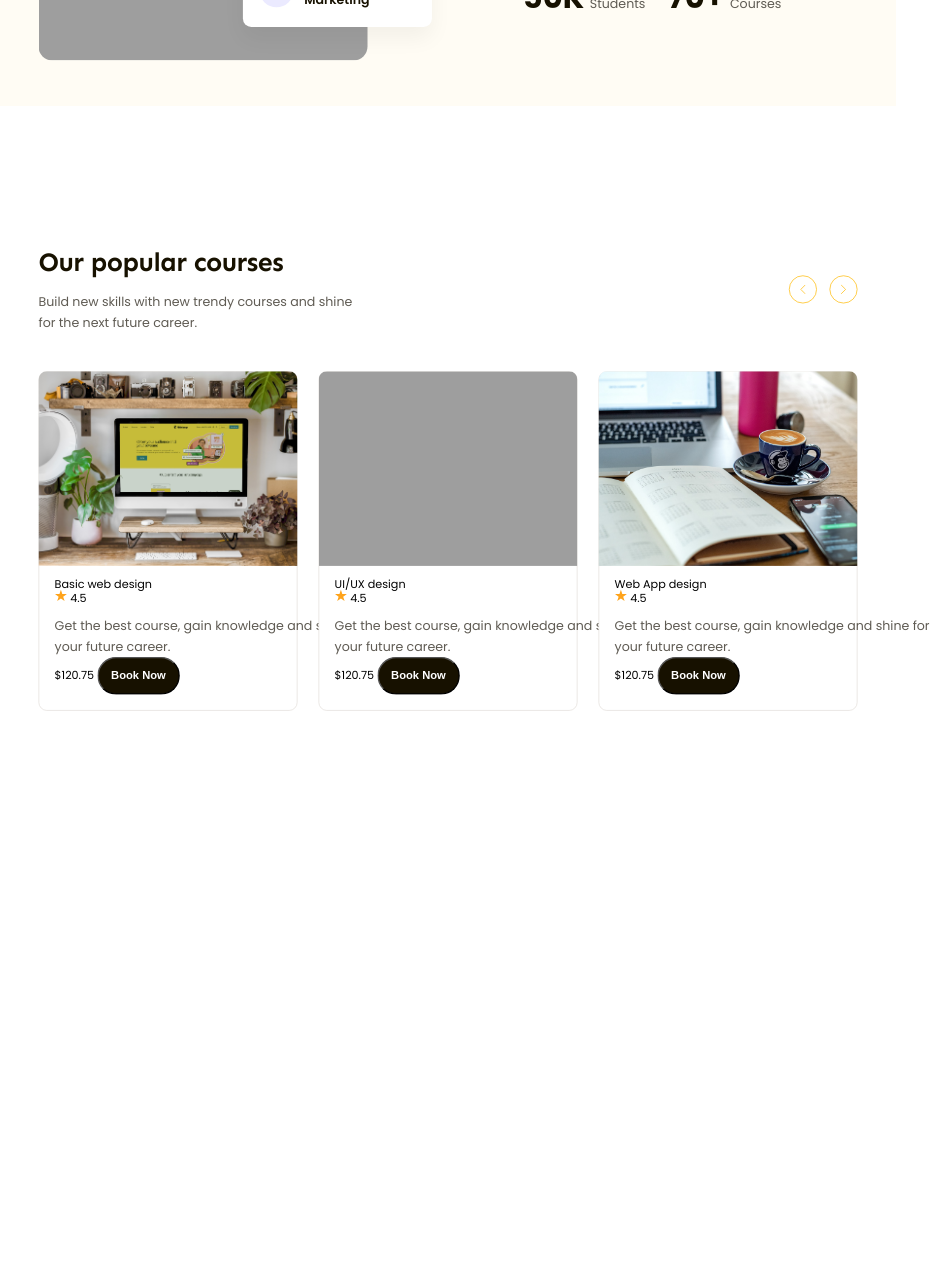
Repository: dovanlanh/f8-project-02
Page: index.html
An editor plug-in stored every save of this project. The page is shown before and after the next save, followed by the edit.
The browser window is 1280 px wide. The page is 1336 px wide, so the pictures cover 1336 px, including what lies to the right of the window. The pictures show the part of the page from y = 749 to 2589 px (the page is 10000 px tall), at 70% of full size.
Pictures or frames that could not be fetched are drawn as grey boxes.

Above is the page before, as saved 2023-02-05 18:04:18.

After the next save:
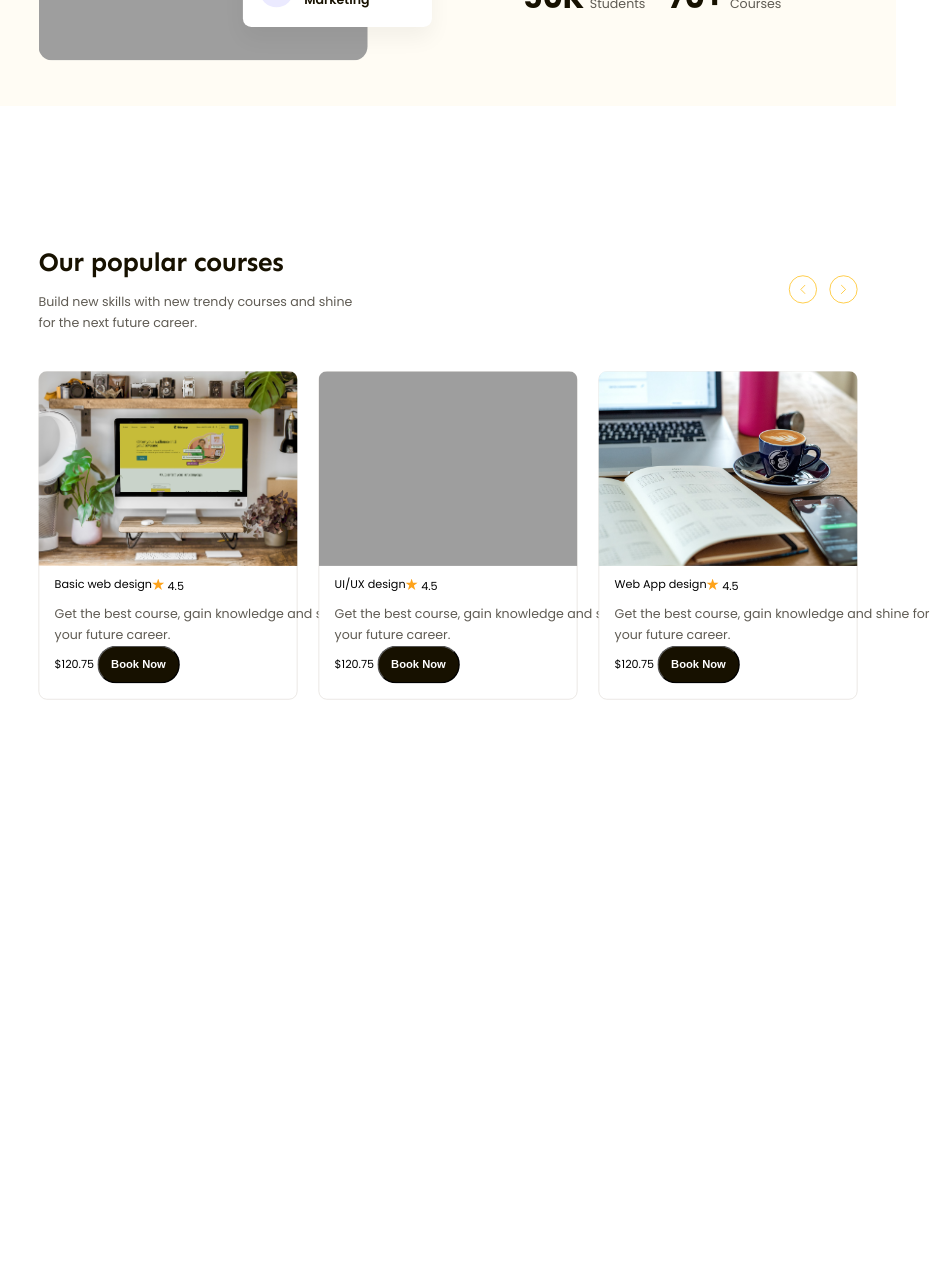
Saved 78 s later.
--- a/assets/css/styles.css
+++ b/assets/css/styles.css
@@ -309,5 +309,7 @@ a {
 }
 .popular .course-list .info {
     padding: 16px 22px 22px;
-    width: 326px;
-}
+}
+.popular .course-list .head {
+    display: flex;
+}
